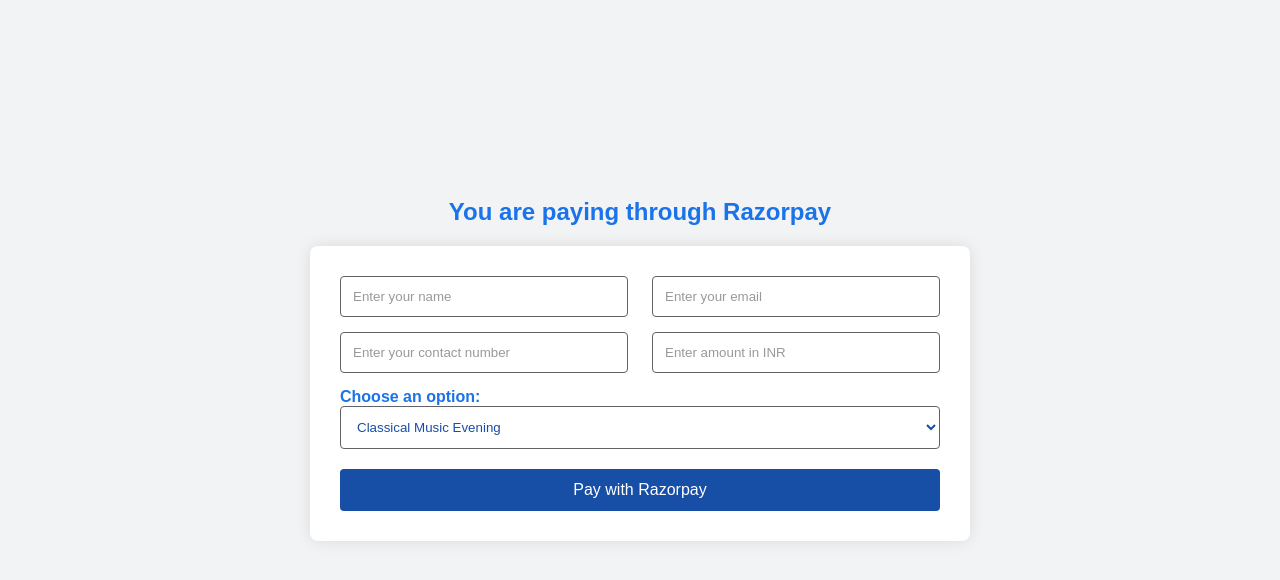
Repository: SharonSebastian32/razorpaypaymentgateway_implementation
Page: bookEventpage.html
These files come from the project's save history. The page is drawn as it stood at one moment and after a run of saves; the edit follows.
The browser window is 1280 px wide. The pictures show the whole page.
The pointer rests on the first visible `#rzp-button1`.

Above is the page before, as saved 2024-08-09 07:15:11.

### bookEventpage.html
<!DOCTYPE html>
<html lang="en">
  <head>
    <meta charset="UTF-8" />
    <meta name="viewport" content="width=device-width, initial-scale=1.0" />
    <title>Razorpay Payment gateway</title>

    <style>
      :root {
        --primary-blue: #1a73e8;
        --light-blue: #626267;
        --dark-blue: #174ea6;
        --white: #ffffff;
        --light-gray: #f1f3f4;
      }

      body {
        font-family: Arial, sans-serif;
        background-color: var(--light-gray);
        display: flex;
        justify-content: center;
        align-items: center;
        height: 100vh;
        margin: 0;
      }

      h2 {
        text-align: center;
        color: var(--primary-blue);
        margin-bottom: 20px;
      }

      #paymentForm {
        background-color: var(--white);
        padding: 30px;
        border-radius: 8px;
        box-shadow: 0 0 15px rgba(0, 0, 0, 0.1);
        width: 600px;
      }

      .form-row {
        display: flex;
        justify-content: space-between;
        margin-bottom: 15px;
      }

      .form-group {
        flex: 0 0 48%;
      }

      input,
      select {
        width: 100%;
        padding: 12px;
        border: 1px solid var(--light-blue);
        border-radius: 4px;
        box-sizing: border-box;
        background-color: var(--white);
        color: var(--dark-blue);
        transition: border-color 0.3s ease;
      }

      input:focus,
      select:focus {
        outline: none;
        border-color: var(--primary-blue);
      }

      input::placeholder {
        color: #999;
      }

      label {
        display: block;
        margin-top: 15px;
        color: var(--primary-blue);
        font-weight: bold;
      }

      #rzp-button1 {
        width: 100%;
        padding: 12px;
        background-color: #5d001e;
        color: var(--white);
        border: none;
        border-radius: 4px;
        cursor: pointer;
        font-size: 16px;
        margin-top: 20px;
        transition: background-color 0.3s ease;
      }

      #rzp-button1:hover {
        background-color: var(--dark-blue);
      }
    </style>
  </head>
  <body>
    <div>
      <h2>You are paying through Razorpay</h2>

      <form id="paymentForm">
        <div class="form-row">
          <div class="form-group">
            <input
              type="text"
              id="name"
              placeholder="Enter your name"
              required
            />
          </div>
          <div class="form-group">
            <input
              type="email"
              id="email"
              placeholder="Enter your email"
              required
            />
          </div>
        </div>
        <div class="form-row">
          <div class="form-group">
            <input
              type="text"
              id="contact"
              placeholder="Enter your contact number"
              required
            />
          </div>
          <div class="form-group">
            <input
              type="text"
              id="amount"
              placeholder="Enter amount in INR"
              required
            />
          </div>
        </div>
        <label for="choices">Choose an option:</label>
        <select id="choices" name="choices">
          <!-- Options will be dynamically generated here -->
        </select>
        <button id="rzp-button1" type="submit">Pay with Razorpay</button>
      </form>
    </div>

    <!--------------------------paymentGatewayScripts--------------->
    <script src="./Script/paymentGateway.js"></script>

    <!--------------------------razorpayScript ---------------------->
    <script src="https://checkout.razorpay.com/v1/checkout.js"></script>
  </body>
</html>

### Script/paymentGateway.js
document.getElementById("paymentForm").addEventListener("submit", function (e) {
  e.preventDefault();
  var name = document.getElementById("name").value;
  var email = document.getElementById("email").value;
  var contact = document.getElementById("contact").value;
  var amount = document.getElementById("amount").value * 100;
  // Convert amount to paise

  var options = {
    key: "rzp_test_gCzBTQcb92KH3e", // Enter the Key ID generated from the Dashboard
    amount: amount.toString(), // Amount in currency subunits (100 paise = 1 INR)
    currency: "INR",
    name: "Ozwalz Events",
    description: "Thank You for booking event with Ozwalz Events",
    image: "./assets/images/logo.png",

    handler: function (response) {
      // Handle the response from Razorpay after payment
      // You can redirect to another page or save the response to your database
    },
    prefill: {
      name: name,
      email: email,
      contact: contact,
    },
    notes: {
      description: "Thank You for booking event with Ozwalz Events",
    },
    theme: {
      color: "#red",
    },
  };

  var rzp1 = new Razorpay(options);
  rzp1.open();
});

// API FOR FETCHING EVENTNAME

let eventData;

fetch("./JSON/event.json")
  .then((response) => response.json())
  .then((data) => {
    eventData = data;

    // Populate the select element with event names
    const selectElement = document.getElementById("choices");
    data.forEach((event) => {
      const option = document.createElement("option");
      option.value = event.id;
      option.text = event.eventName;
      selectElement.add(option);
    });

    // Add event listener to the select element
    selectElement.addEventListener("change", updatePriceInput);
  })
  .catch((error) => console.error("Error:", error));

function updatePriceInput() {
  const selectedEventId = document.getElementById("choices").value;
  const selectedEvent = eventData.find((event) => event.id === selectedEventId);

  if (selectedEvent) {
    document.getElementById("amount").value = selectedEvent.price.basePrice;
  } else {
    document.getElementById("amount").value = "";
  }
}

Loaded but not shown: JSON/event.json (899 lines, source omitted)

After the next 2 saves:
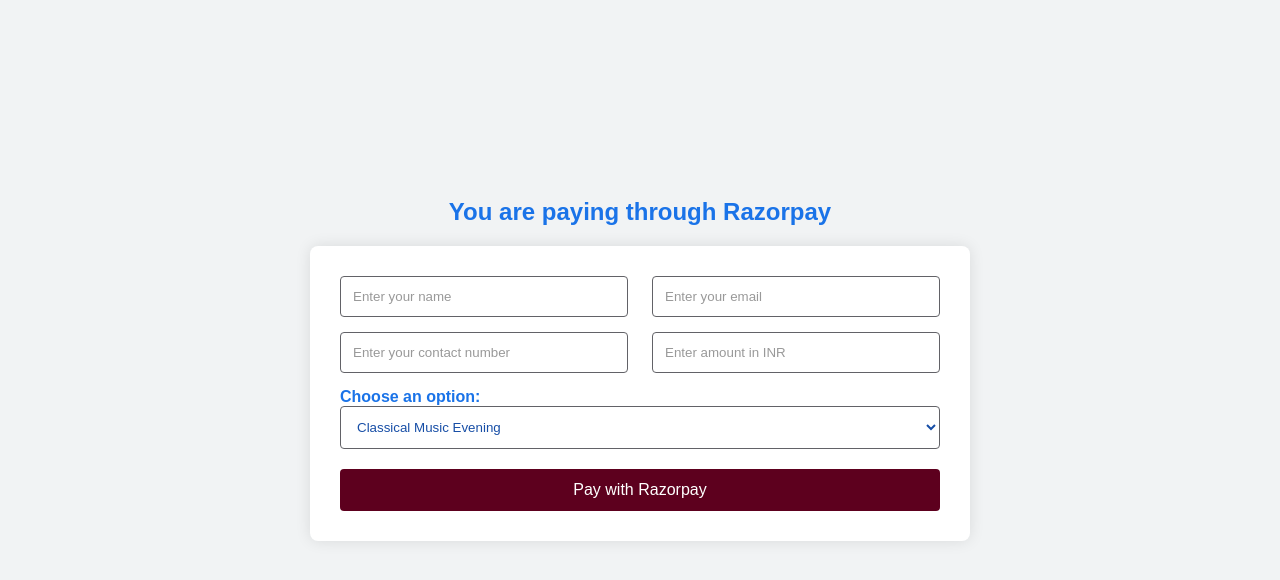
The 2 saves are shown as one change because they came seconds apart.
The last was saved 27 s later.
--- a/bookEventpage.html
+++ b/bookEventpage.html
@@ -92,6 +92,8 @@
 
       #rzp-button1:hover {
         background-color: var(--dark-blue);
+                background-color: #5d001e;
+
       }
     </style>
   </head>
